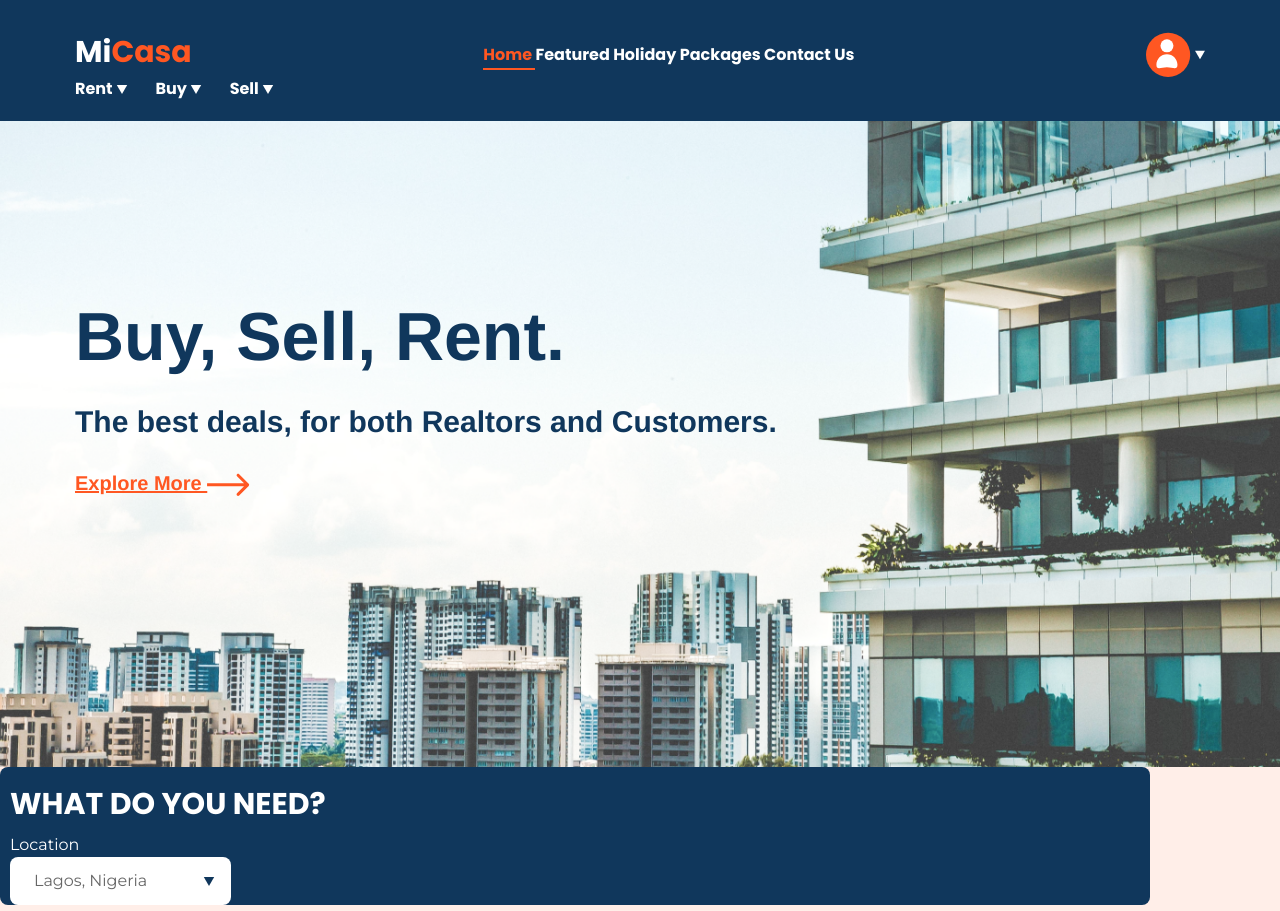
Repository: BenUnyolo/micasa-frontend
Page: index.html
An editor plug-in stored every save of this project. The page is shown before and after the next save, followed by the edit.
The browser window is 1280 px wide. The pictures show the whole page.

Above is the page before, as saved 2021-10-17 11:47:00.

After the next save:
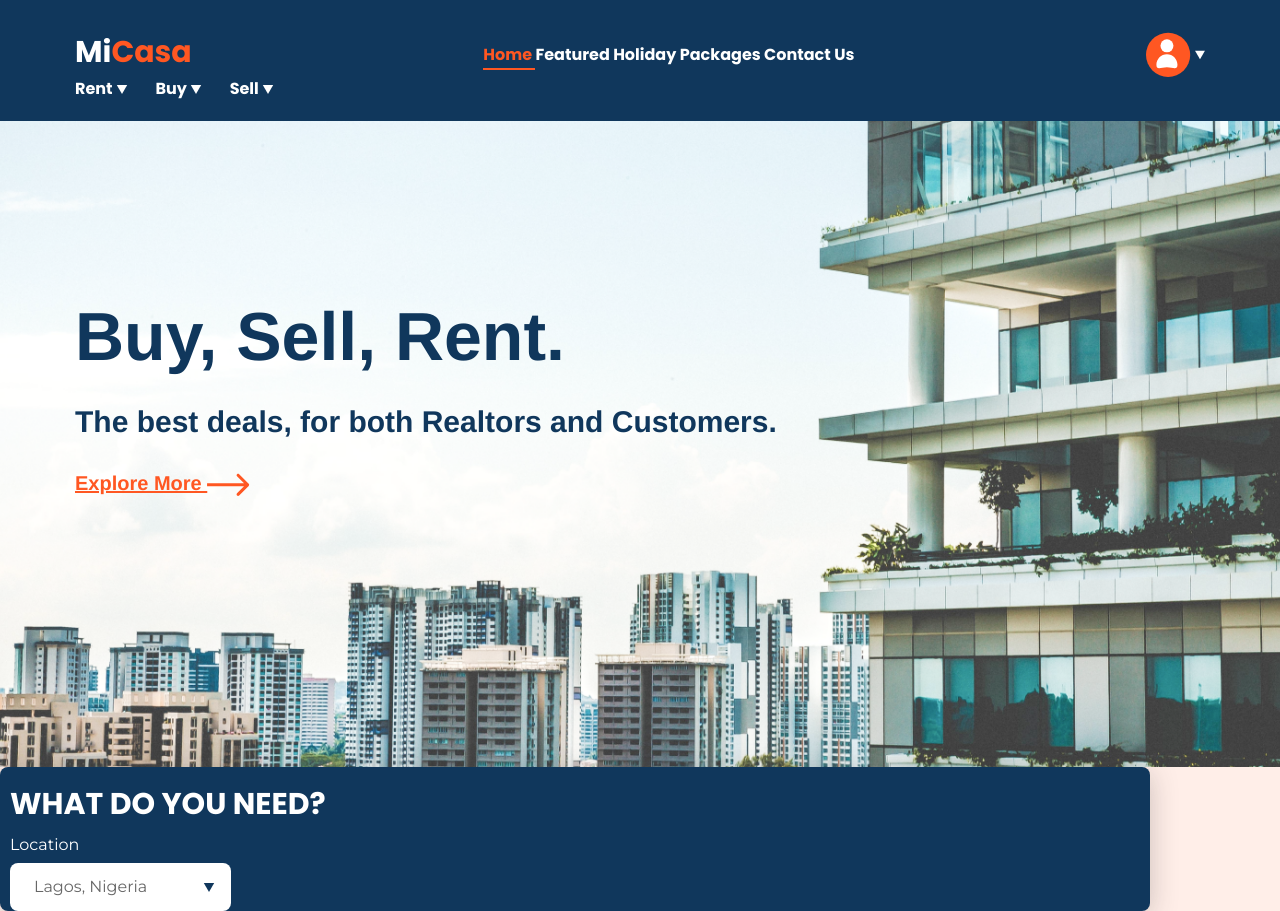
Saved 117 s later.
--- a/index.html
+++ b/index.html
@@ -138,6 +138,7 @@
       <!-- what do you need -->
       <div
         class="absolute w-full pt-5 text-white rounded-lg  px-28 bg-primary-600 absolute-center inner-container -top-32"
+        id="homepage-search"
       >
         <h2 class="uppercase font-poppins">What do you need?</h2>
         <!-- search boxes -->
